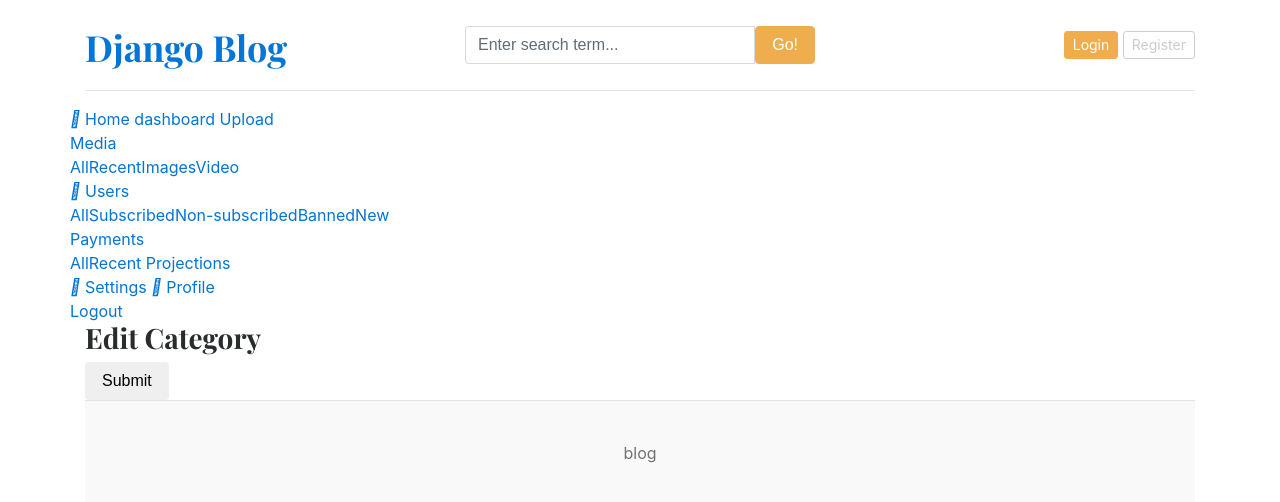
Repository: vijayholve/Blog-Website-Django
Page: templates/dashboard/edit_categories.html
An editor plug-in stored every save of this project. The page is shown before and after the next save, followed by the edit.
The browser window is 1280 px wide. The pictures show the whole page.
The template is drawn by Django 5.2. The application's start-up code is not run. Other server files are loaded and not shown. The template is opened directly, without the code that normally fills it, so the values that code supplies are empty.

Above is the page before, as saved 2025-01-29 15:30:57.

### templates/dashboard/edit_categories.html
{% extends '../base/base.html' %}

{% block content %}
<div class="row">
    <!-- left sidebar -->
    {% include './leftsidebar.html' %}

    {% load crispy_forms_tags %}
    <!-- right sidebar -->
    <div class="col-md-9">
        <h3>Edit Category</h3>

      <form action="{% url 'edit_categories' category.id %}" method="POST" style="width: 500px;">
        {% csrf_token %}
        {{ form | crispy }}
        <button type="submit" class="btn btn-outline-light">Submit</button>
      </form>
    </div>
</div>

{% endblock %}

### templates/base/base.html
<!-- Header part -->
{% include './header.html' %}

<!-- Main content part -->
{% block content %}

{% endblock %}

<!-- Footer -->
{% include './footer.html' %}

### templates/base/header.html
{% load static %}
<!DOCTYPE html>
<html lang="en">
<head>
    <meta charset="UTF-8">
    <meta http-equiv="X-UA-Compatible" content="IE=edge">
    <meta name="viewport" content="width=device-width, initial-scale=1.0">
    <title>SM Joshoi Blogs</title>
    <link href="https://getbootstrap.com/docs/4.0/dist/css/bootstrap.min.css" rel="stylesheet">
    <link href="https://fonts.googleapis.com/css?family=Playfair+Display:700,900" rel="stylesheet">
    <link href="{% static 'css/blog.css' %}" rel="stylesheet">
    <link rel="stylesheet" href="https://cdnjs.cloudflare.com/ajax/libs/font-awesome/4.7.0/css/font-awesome.min.css">
  </head>
<body>
    <div class="container">
      <header class="blog-header py-3">
        <div class="row flex-nowrap justify-content-between align-items-center">
          <div class="col-4 pt-1">
            <a class="blog-header-logo text-dark" href="/">Django Blog</a>
          </div>
          <div class="col-4">
            <form action="{% url 'search' %}" method="GET">
              <div class="input-group">
                <input class="form-control" name="keyword" type="text" placeholder="Enter search term..." aria-label="Enter search term..." aria-describedby="button-search" />
                <button type="submit" class="btn btn-warning" id="button-search" type="button">Go!</button>
            </div>
            </form>
          </div>

          <div class="col-4 d-flex justify-content-end align-items-center">
            {% if not user.is_authenticated %}
            <a class="btn btn-sm btn-warning" href="{% url 'login' %}">Login</a> &nbsp;
            <a class="btn btn-sm btn-outline-secondary" href="{% url 'register' %}">Register</a>
            {% else %}
            <span><a href="{% url 'dashboard' %}" class="btn btn-warning">Dashboard</a></span> &nbsp;
            <span><a href="{% url 'logout' %}">Logout</a></span>
            {% endif %}
          </div>
        </div>
      </header>

      <div class="nav-scroller py-1 mb-2">
        <nav class="nav d-flex justify-content-between">
          {% for cat in categories %}
          <a class="p-2 text-muted" href="{% url 'posts_by_category' cat.id  %}">{{ cat.category_name }}</a>
          {% endfor %}
        </nav>
      </div>

### templates/dashboard/leftsidebar.html
{% comment %} <div class="col-md-3">
    <div class="nav flex-column nav-pills bg-light aria-orientation='vertical'">
        <a href="{% url 'dashboard' %}" class="nav-link text-dark {% if '/dashboard/' == request.path %} bg-warning {% endif %}">Dashboard</a>
         {% if perms.auth.view_user %}
          <a href="{% url 'users' %}" class="nav-link text-dark {% if '/users/' in request.path %} bg-warning {% endif %}">Users</a>
        {% endif %}
        <a href="{% url 'categories' %}" class="nav-link text-dark {% if '/categories/' in request.path %} bg-warning {% endif %}">Categories</a>
        <a href="{% url 'posts' %}" class="nav-link text-dark {% if '/posts/' in request.path %} bg-warning {% endif %}">Posts</a>
        <a href="" class="nav-link text-dark">Logout</a>
    </div>
</div> {% endcomment %}

    <nav class="dashboard-nav-list">
      <a href="#" class="dashboard-nav-item"
        ><i class="fas fa-home"></i> Home </a
      ><a href="#" class="dashboard-nav-item active"
        ><i class="fas fa-tachometer-alt"></i> dashboard </a
      ><a href="#" class="dashboard-nav-item"
        ><i class="fas fa-file-upload"></i> Upload
      </a>
      <div class="dashboard-nav-dropdown">
        <a href="#!" class="dashboard-nav-item dashboard-nav-dropdown-toggle"
          ><i class="fas fa-photo-video"></i> Media
        </a>
        <div class="dashboard-nav-dropdown-menu">
          <a href="#" class="dashboard-nav-dropdown-item">All</a
          ><a href="#" class="dashboard-nav-dropdown-item">Recent</a
          ><a href="#" class="dashboard-nav-dropdown-item">Images</a
          ><a href="#" class="dashboard-nav-dropdown-item">Video</a>
        </div>
      </div>
      <div class="dashboard-nav-dropdown">
        <a href="#!" class="dashboard-nav-item dashboard-nav-dropdown-toggle"
          ><i class="fas fa-users"></i> Users
        </a>
        <div class="dashboard-nav-dropdown-menu">
          <a href="#" class="dashboard-nav-dropdown-item">All</a
          ><a href="#" class="dashboard-nav-dropdown-item">Subscribed</a
          ><a href="#" class="dashboard-nav-dropdown-item">Non-subscribed</a
          ><a href="#" class="dashboard-nav-dropdown-item">Banned</a
          ><a href="#" class="dashboard-nav-dropdown-item">New</a>
        </div>
      </div>
      <div class="dashboard-nav-dropdown">
        <a href="#!" class="dashboard-nav-item dashboard-nav-dropdown-toggle"
          ><i class="fas fa-money-check-alt"></i> Payments
        </a>
        <div class="dashboard-nav-dropdown-menu">
          <a href="#" class="dashboard-nav-dropdown-item">All</a
          ><a href="#" class="dashboard-nav-dropdown-item">Recent</a
          ><a href="#" class="dashboard-nav-dropdown-item"> Projections</a>
        </div>
      </div>
      <a href="#" class="dashboard-nav-item"
        ><i class="fas fa-cogs"></i> Settings </a
      ><a href="#" class="dashboard-nav-item"
        ><i class="fas fa-user"></i> Profile
      </a>
      <div class="nav-item-divider"></div>
      <a href="#" class="dashboard-nav-item"
        ><i class="fas fa-sign-out-alt"></i> Logout
      </a>
    </nav>

### templates/base/footer.html
<footer class="blog-footer">
    <p>blog <a href="#"></a></p>
  </footer>
  </body>
  </html>

### static/css/blog.css
/* stylelint-disable selector-list-comma-newline-after */

.blog-header {
  border-bottom: 1px solid #e5e5e5;
}

.blog-header-logo {
  font-family: "Playfair Display", Georgia, "Times New Roman", serif/*rtl:Amiri, Georgia, "Times New Roman", serif*/;
  font-size: 2.25rem;
}

.blog-header-logo:hover {
  text-decoration: none;
}

h1, h2, h3, h4, h5, h6 {
  font-family: "Playfair Display", Georgia, "Times New Roman", serif/*rtl:Amiri, Georgia, "Times New Roman", serif*/;
}

.display-4 {
  font-size: 2.5rem;
}
@media (min-width: 768px) {
  .display-4 {
    font-size: 3rem;
  }
}

.flex-auto {
  flex: 0 0 auto;
}

.h-250 { height: 250px; }
@media (min-width: 768px) {
  .h-md-250 { height: 250px; }
}

/* Pagination */
.blog-pagination {
  margin-bottom: 4rem;
}

/*
 * Blog posts
 */
.blog-post {
  margin-bottom: 4rem;
}
.blog-post-title {
  font-size: 2.5rem;
}
.blog-post-meta {
  margin-bottom: 1.25rem;
  color: #727272;
}

/*
 * Footer
 */
.blog-footer {
  padding: 2.5rem 0;
  color: #727272;
  text-align: center;
  background-color: #f9f9f9;
  border-top: .05rem solid #e5e5e5;
}
.blog-footer p:last-child {
  margin-bottom: 0;
}

After the next save:
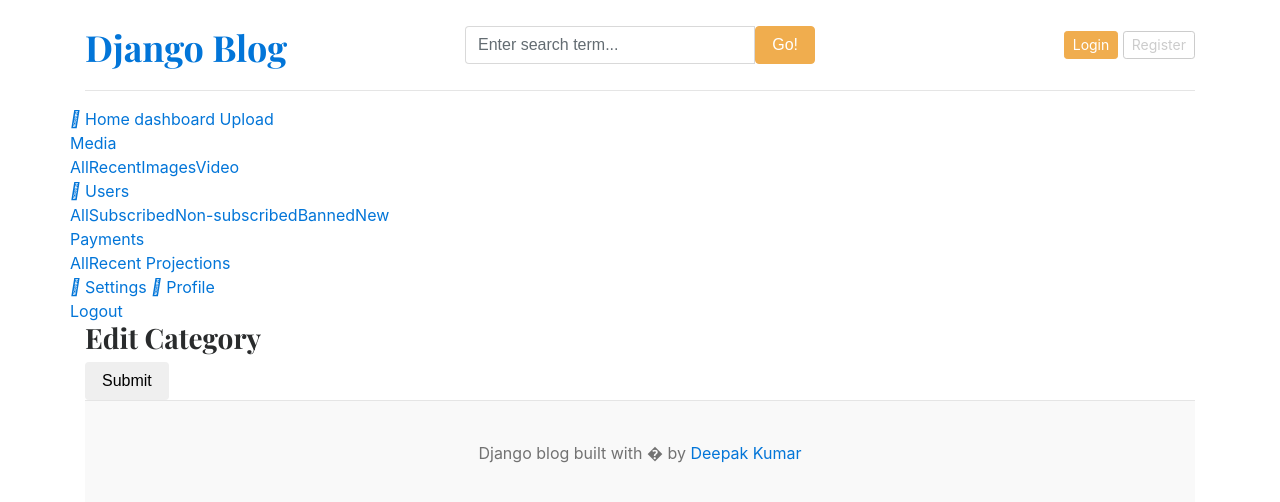
Saved 36 s later.
--- a/templates/base/footer.html
+++ b/templates/base/footer.html
@@ -1,5 +1,5 @@
 <footer class="blog-footer">
-    <p>blog <a href="#"></a></p>
+    <p>Django blog built with � by <a href="#">Deepak Kumar</a></p>
   </footer>
   </body>
   </html>
